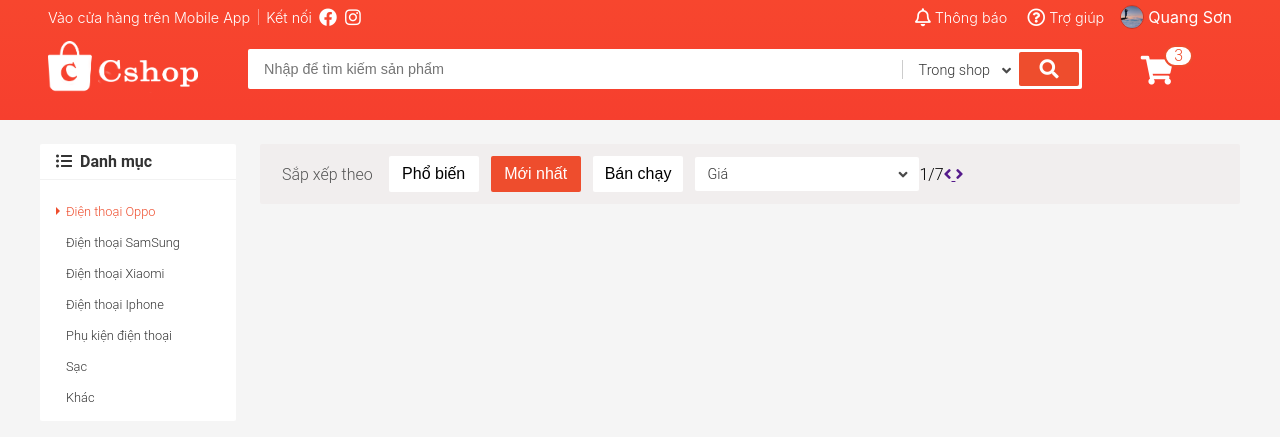
Repository: Qson412/BTL_Web
Page: index.html
An editor plug-in stored every save of this project. The page is shown before and after the next save, followed by the edit.
The browser window is 1280 px wide. The pictures show the whole page.

Above is the page before, as saved 2021-12-01 09:00:47.

After the next save:
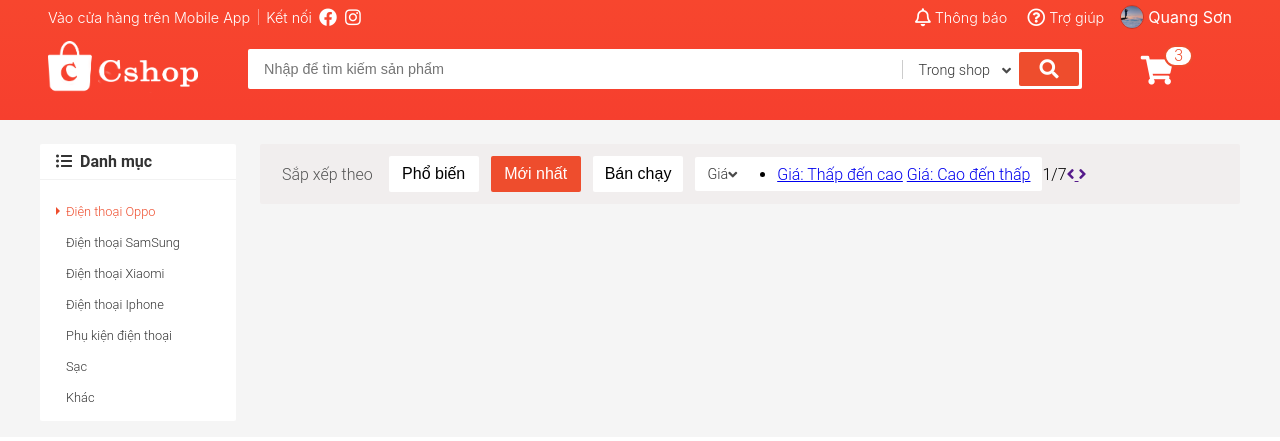
Saved 2 min 59 s later.
--- a/index.html
+++ b/index.html
@@ -320,6 +320,13 @@
                             <div class="select-input">
                                 <span class="select-input__label"> Giá</span>
                                 <i class="select-input__icon fas fa-angle-down"></i>
+
+                                <ul class="select-input__list">
+                                    <li class="select-input__item">
+                                        <a href="#" class="select-input__link">Giá: Thấp đến cao</a>
+                                        <a href="#" class="select-input__link">Giá: Cao đến thấp</a>
+                                    </li>
+                                </ul>
                             </div>
 
                             <div class="home-filter__page">
